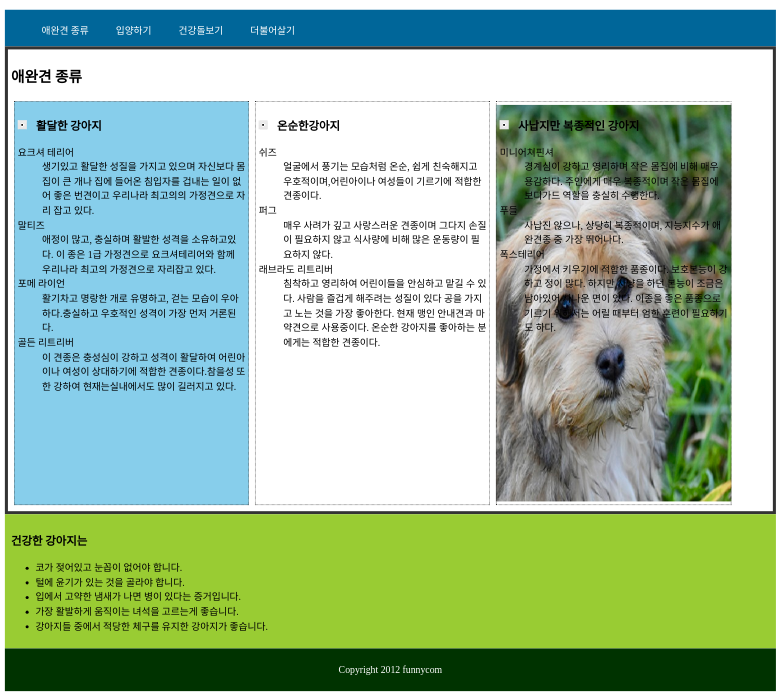
Repository: woosungtae/html_css
Page: pro01/public/10-do.html
These files come from the project's save history. The page is drawn as it stood at one moment and after the next save; the edit follows.
The browser window is 1280 px wide. The pictures show the whole page, at 61% of full size.

Above is the page before, as saved 2022-12-12 00:07:45.

### pro01/public/10-do.html
<!DOCTYPE html>
<html>
	<head>
		<meta charset="utf-8">
		<title>애완견 돌보기</title>
	<link href="css/style4.css" rel="stylesheet" type="text/css">
	</head>
	<body>
		<header>
			<nav>
				<ul>
					<li><a href="#">애완견 종류</a></li>
					<li><a href="#">입양하기</a></li>
					<li><a href="#">건강돌보기</a></li>
					<li><a href="#">더불어살기</a></li>
				</ul>
			</nav>
		</header>
		<article>
			<h2>애완견 종류</h2>
			<section id="sec1">
				<h3>활달한 강아지</h3>
				<dl>
						<dt>요크셔 테리어 </dt>
						<dd>생기있고 활달한 성질을 가지고 있으며 자신보다 몸집이 큰 개나 집에 들어온 침입자를 겁내는 일이 없어 좋은 번견이고 우리나라 최고의의 가정견으로 자리 잡고 있다.</dd>
						<dt>말티즈 </dt>
						<dd>애정이 많고, 충실하며 활발한 성격을 소유하고있다. 이 종은 1급 가정견으로 요크셔테리어와 함께 우리나라 최고의 가정견으로 자리잡고 있다.</dd>
						<dt>포메 라이언</dt>
						<dd>활기차고 명랑한 개로 유명하고, 걷는 모습이 우아하다.충실하고 우호적인 성격이 가장 먼저 거론된다. </dd>
						<dt>골든 리트리버</dt>
						<dd>이 견종은 충성심이 강하고 성격이 활달하여 어린아이나 여성이 상대하기에 적합한 견종이다.참을성 또한 강하여 현재는실내에서도 많이 길러지고 있다.</dd>
				</dl>
			</section>

			<section>
				<h3>온순한강아지</h3>
				<dl>
					<dt>쉬즈</dt>
					<dd>얼굴에서 풍기는 모습처럼 온순, 쉽게 친숙해지고 우호적이며,어린아이나 여성들이 기르기에 적합한 견종이다.</dd>
					<dt>퍼그</dt>
					<dd>매우 사려가 깊고 사랑스러운 견종이며 그다지 손질이 필요하지 않고 식사량에 비해 많은 운동량이 필요하지 않다.</dd>
					<dt>래브라도 리트리버</dt>
					<dd>침착하고 영리하여 어린이들을 안심하고 맡길 수 있다. 사람을 즐겁게 해주려는 성질이 있다 공을 가지고 노는 것을 가장  좋아한다. 현재 맹인 안내견과 마약견으로 사용중이다. 온순한 강아지를 좋아하는 분에게는 적합한 견종이다.</dd>
				</dl>
			</section>
			<section id="sec2">
				<h3>사납지만 복종적인 강아지</h3>
				<dl>
					<dt>미니어쳐핀셔</dt>
					<dd>경계심이 강하고 영리하며 작은 몸집에 비해 매우 용감하다. 주인에게 매우 복종적이며 작은 몸집에 보디가드 역할을 충실히 수행한다.</dd>
					<dt>푸들 </dt>
					<dd>사납진 않으나, 상당히 복종적이며, 지능지수가 애완견종 중 가장 뛰어나다.</dd>
					<dt>폭스테리어</dt>
					<dd>가정에서 키우기에 적합한 품종이다. 보호본능이 강하고 정이 많다. 하지만 사냥을 하던 본능이 조금은 남아있어 사나운 면이 있다. 이종을 좋은 품종으로 기르기 위해서는 어릴 때부터 엄한 훈련이 필요하기도 하다.</dd>
				</dl>
			</section>
		</article>
		<aside>
		<h3>건강한 강아지는</h3>
			<ul>
				<li>코가 젖어있고 눈꼽이 없어야 합니다.</li>
				<li>털에 윤기가 있는 것을 골라야 합니다.</li>
				<li>입에서 고약한 냄새가 나면 병이 있다는 증거입니다.</li>
				<li>가장 활발하게 움직이는 녀석을 고르는게 좋습니다.</li>
				<li>강아지들 중에서 적당한 체구를 유지한 강아지가 좋습니다.</li>
			</ul>
		</aside>
		<footer>
			<p>Copyright 2012 funnycom</p>
		</footer>
	</body>
</html>

### pro01/public/css/style4.css
@charset "utf-8";
nav{
	width:100%;
	height:60px;

	background-color:#069;
}
nav ul{
	list-style-type:none;
}
nav ul li{
	display:inline-block;
	margin:20px;
}
nav ul li a {
	color:white;
	text-decoration:none;
}
article{

	margin-right: auto;
	margin-left:auto;
	border:5px solid #333;
	padding:5px;
	overflow:hidden;
}
#sec1{
	background-color:skyblue;
}
#sec2{
	background: url('../images/cover.jpg')no-repeat center ;

}
article section{
	width:30%;
	height:650px;
	float: left;
	margin:5px;
	padding:5px;
	border:1px dotted #333;
}
article #at1{
	background-color:blue;
}
section h3{
	background: url('../images/dot.png') no-repeat left center;
	padding-left: 30px;
}

aside{
	clear:both;
	margin:0 auto;

	height:auto;
	padding:10px;
	background-color:#99cc33
}
footer{
	padding: 10px 0;
	background-color: #030;
	color: #fff;
	text-align: center;
	clear:both;
}

After the next save:
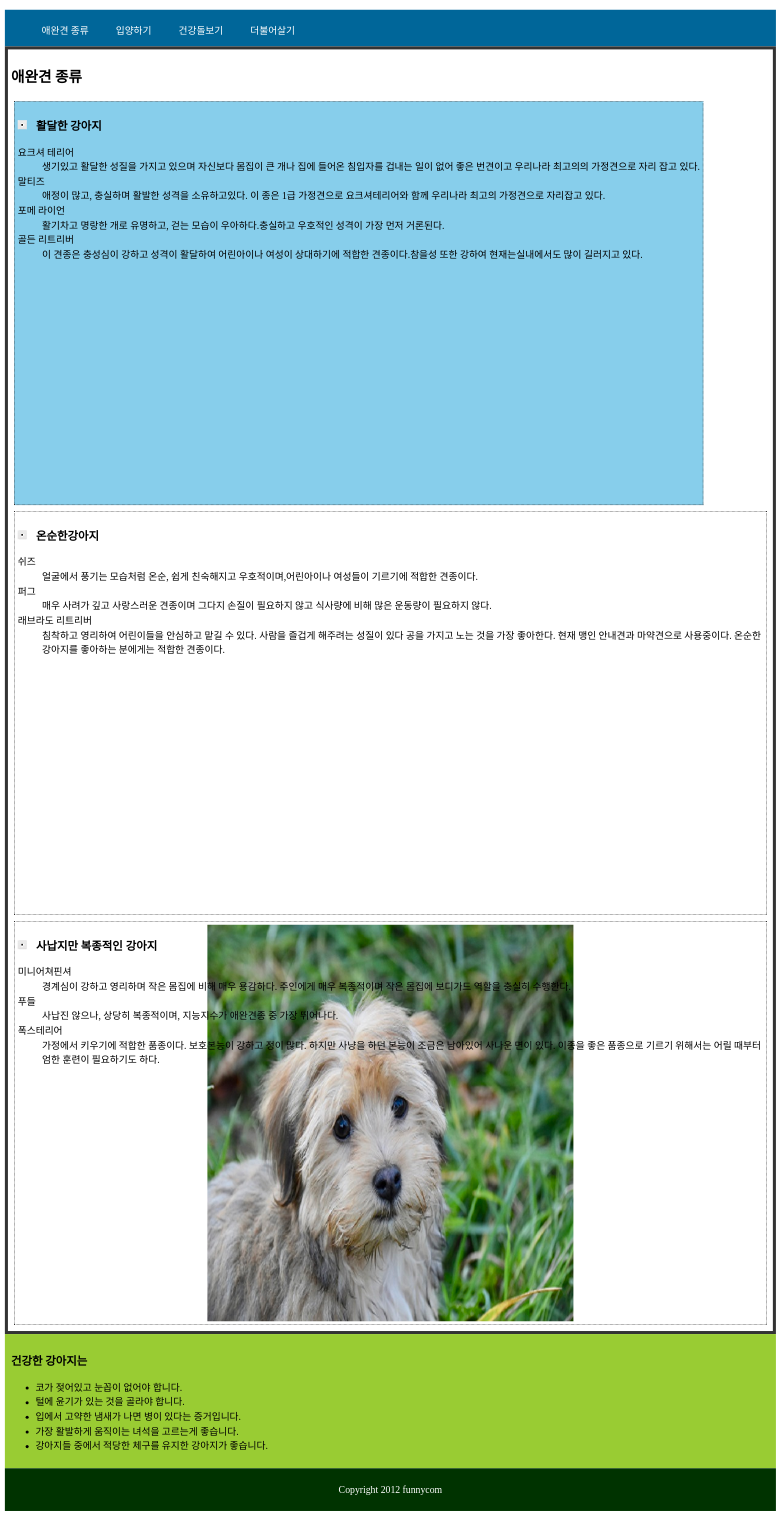
Saved 38 s later.
--- a/pro01/public/css/style4.css
+++ b/pro01/public/css/style4.css
@@ -32,7 +32,7 @@ article{
 
 }
 article section{
-	width:30%;
+
 	height:650px;
 	float: left;
 	margin:5px;
